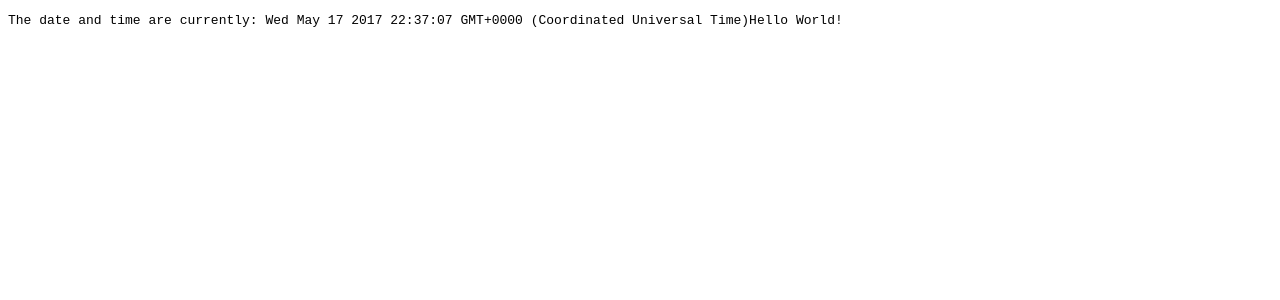
Repository: haimy125/demo_chat
Page: http://localhost/
These files come from the project's save history. The page is drawn as it stood at one moment and after the next save; the edit follows.
The browser window is 1280 px wide. The pictures show the whole page.
The page is served by the project's Node server (NODEJS_BASIC/demo1.js).

Above is the page before, as saved 2021-08-30 13:56:53.

After the next save:
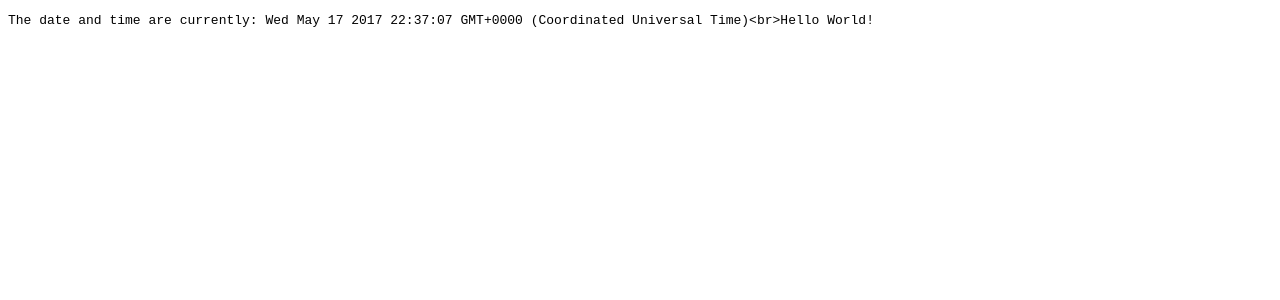
Saved 48 s later.
--- a/NODEJS_BASIC/demo1.js
+++ b/NODEJS_BASIC/demo1.js
@@ -3,5 +3,5 @@ var dt = require('./module_data');
 http.createServer(function(req, res) {
     res.writeHead(200, { 'Content-Type': 'text/plain' });
     res.write("The date and time are currently: " + dt.myDateTime());
-    res.end('Hello World!');
+    res.end('<br>Hello World!');
 }).listen(8080);
